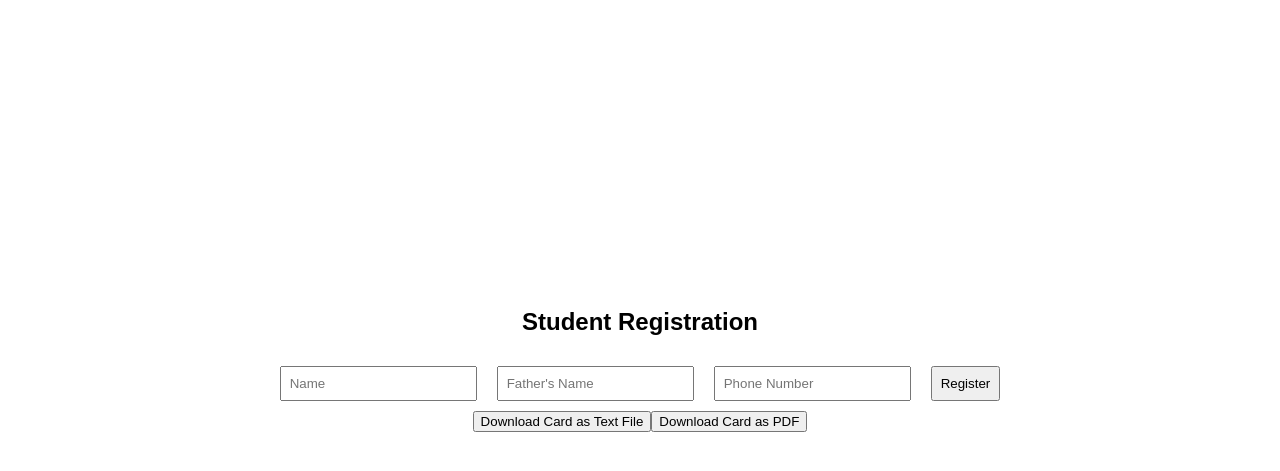
Repository: pripriya09/StudentID-Card-Download
Page: / (app in frontend/)
The author's editor kept a copy of each file at every save. The page is drawn from the files as they stood at one save, then again after a run of saves.
The browser window is 1280 px wide. The pictures show the whole page.
The project was rebuilt for these pictures with package versions that can differ from the ones it lists, and the page was loaded fresh each time. Also part of the build but not shown: frontend/vite.config.js.

Above is the page before, as saved 2025-01-07 11:44:48.

### frontend/src/main.jsx
import React from 'react'
import ReactDOM from 'react-dom/client'
// import App from './App'
// import './index.css'
import Form from './Form.jsx'
// import IDCardForm from './copy form/IDCardForm.jsx'

ReactDOM.createRoot(document.getElementById('root')).render(
  <React.StrictMode>
    {/* <App /> */}
    <Form/>
    {/* <IDCardForm/> */}
  </React.StrictMode>,
)

### frontend/src/Form.jsx
import React, { useState } from "react";
import axios from "axios";
import "./App.css";
import jsPDF from "jspdf";

const Form = () => {
  const [formData, setFormData] = useState({
    name: "",
    fatherName: "",
    phoneNumber: "",
  });
  const [studentData, setStudentData] = useState(null);

  const handleSubmit = async (e) => {
    e.preventDefault();

    try {
      const response = await axios.post(
        "http://localhost:6009/api/students",
        formData
      );
      const result = response.data;

      setStudentData({
        ...formData,
        registrationNumber: result.registrationNumber,
      });

      setFormData({
        name: "",
        fatherName: "",
        phoneNumber: "",
      });
    } catch (error) {
      console.error("Error sending data:", error);
    }
  };

  const handleChange = (e) => {
    setFormData({ ...formData, [e.target.name]: e.target.value });
  };

  const handleDownloadText = () => {
    if (studentData) {
      const fileData = `
        Name: ${studentData.name}
        Father's Name: ${studentData.fatherName}
        Phone Number: ${studentData.phoneNumber}
        Registration Number: ${studentData.registrationNumber}`;
      const blob = new Blob([fileData], { type: "text/plain" });

      const link = document.createElement("a");
      link.href = URL.createObjectURL(blob);
      link.download = `${studentData.registrationNumber}_ID_Card.txt`;
      link.click();
    }
  };

  const handleDownloadPDF = () => {
    if (studentData) {
      const pdf = new jsPDF();
      const studentInfo = `
        Student ID Card
        Name: ${studentData.name}
        Father's Name: ${studentData.fatherName}
        Phone: ${studentData.phoneNumber}
        Registration Number: ${studentData.registrationNumber}`;

      pdf.text(studentInfo, 10, 10);
      pdf.save(`${studentData.registrationNumber}_ID_Card.pdf`);
    }
  };

  return (
    <div className="App">
      <h2>Student Registration</h2>

      <form onSubmit={handleSubmit}>
        <input
          type="text"
          name="name"
          placeholder="Name"
          value={formData.name}
          onChange={handleChange}
          required
        />
        <input
          type="text"
          name="fatherName"
          placeholder="Father's Name"
          value={formData.fatherName}
          onChange={handleChange}
          required
        />
        <input
          type="tel"
          name="phoneNumber"
          placeholder="Phone Number"
          value={formData.phoneNumber}
          onChange={handleChange}
          required
        />
        <button type="submit">Register</button>
      </form>

      {studentData && (
        <div className="student_id">
          <div className="top_section">
            <div className="profile_photo">
              <img
                src="https://upload.wikimedia.org/wikipedia/commons/thumb/a/af/Arnold_Schwarzenegger_by_Gage_Skidmore_4.jpg/220px-Arnold_Schwarzenegger_by_Gage_Skidmore_4.jpg"
                alt="Profile Photo"
              />
            </div>
            <div className="student_name">
              <ul className="student_info">
                <li className="name">Name: {studentData.name}</li>
                <li className="name">
                  Father's Name: {studentData.fatherName}
                </li>
              </ul>
            </div>
          </div>

          <div className="bottom_section">
            <div className="student_details">
              <ul>
                <li>
                  <span className="bold">ID:</span>{" "}
                  {studentData.registrationNumber}
                </li>
              </ul>
            </div>
          </div>
        </div>
      )}
      <div className="buttons">
        <button onClick={handleDownloadText}>Download Card as Text File</button>
        <button onClick={handleDownloadPDF}>Download Card as PDF</button>
      </div>
    </div>
  );
};

export default Form;

### frontend/src/App.css
.App {
  text-align: center;
  font-family: Arial, sans-serif;
}

form input, form button {
  margin: 10px;
  padding: 8px;
}

body {
  font-family: Verdana, sans-serif;
  display: flex;
  justify-content: center;
  align-items: center;
  height: 100vh;
  margin: 0;
}


.student_id {
  width: 520px;
  background-color: #fff;
  border-radius: 25px;
  overflow: hidden;
  box-shadow: 1px 0px 0px #a9a39e, 0px 1px 0px #a9a39e,
              2px 1px 0px #a9a39e, 1px 2px 0px #a9a39e,
              3px 2px 0px #958b83, 2px 3px 0px #958b83,
              4px 3px 0px #93867c, 3px 4px 0px #93867c,
              5px 4px 0px #93867c, 4px 5px 0px #93867c;
}


.top_section {
  display: flex;
  padding: 30px;
  background: linear-gradient(to right, #e84610, #ffffff);
  color: white;
}

.profile_photo {
  flex-shrink: 0;
}

.profile_photo img {
  width: 125px;
  height: 125px;
  border-radius: 50%;
  border: 2px solid #fff;
  object-fit: cover;
}

.student_name {
  margin-left: 20px;
  display: flex;
  flex-direction: column;
  justify-content: center;
}

.student_info {
  list-style: none;
  padding: 0;
  margin: 0;
}

.student_info .name {
  font-size: 1.5em;
  font-weight: bold;
}
.student_info .age {
  font-size: 1.1em;
  margin-top: 5px;
}
.bottom_section {
  padding: 30px;
}

.student_details {
  margin-top: 10px;
}

.student_details ul {
  list-style: none;
  padding: 0;
  margin: 0;
}

.student_details li {
  margin-bottom: 10px;
  font-size: 1.1em;
  color: #555;
}

span {
  font-weight: bold;
}

Loaded but not shown: frontend/index.html (common file)

After the next 3 saves:
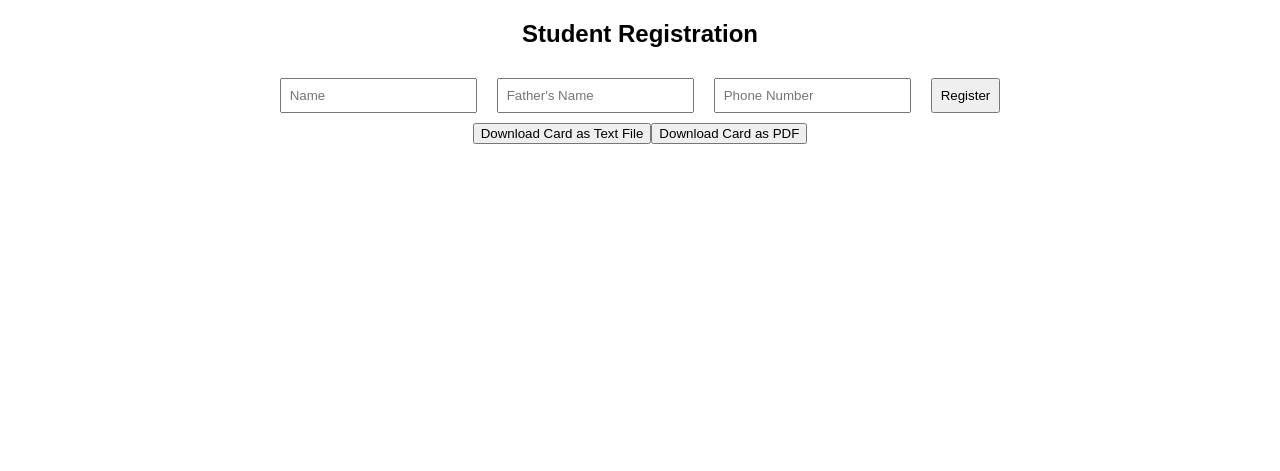
The 3 saves are shown as one change because they came seconds apart.
The last was saved 40 s later.
--- a/frontend/src/App.css
+++ b/frontend/src/App.css
@@ -8,89 +8,9 @@ form input, form button {
   padding: 8px;
 }
 
-body {
-  font-family: Verdana, sans-serif;
-  display: flex;
-  justify-content: center;
-  align-items: center;
-  height: 100vh;
-  margin: 0;
+.id-card {
+  border: 1px solid #ccc;
+  padding: 15px;
+  width: 300px;
+  margin: 2   0px auto;
 }
-
-
-.student_id {
-  width: 520px;
-  background-color: #fff;
-  border-radius: 25px;
-  overflow: hidden;
-  box-shadow: 1px 0px 0px #a9a39e, 0px 1px 0px #a9a39e,
-              2px 1px 0px #a9a39e, 1px 2px 0px #a9a39e,
-              3px 2px 0px #958b83, 2px 3px 0px #958b83,
-              4px 3px 0px #93867c, 3px 4px 0px #93867c,
-              5px 4px 0px #93867c, 4px 5px 0px #93867c;
-}
-
-
-.top_section {
-  display: flex;
-  padding: 30px;
-  background: linear-gradient(to right, #e84610, #ffffff);
-  color: white;
-}
-
-.profile_photo {
-  flex-shrink: 0;
-}
-
-.profile_photo img {
-  width: 125px;
-  height: 125px;
-  border-radius: 50%;
-  border: 2px solid #fff;
-  object-fit: cover;
-}
-
-.student_name {
-  margin-left: 20px;
-  display: flex;
-  flex-direction: column;
-  justify-content: center;
-}
-
-.student_info {
-  list-style: none;
-  padding: 0;
-  margin: 0;
-}
-
-.student_info .name {
-  font-size: 1.5em;
-  font-weight: bold;
-}
-.student_info .age {
-  font-size: 1.1em;
-  margin-top: 5px;
-}
-.bottom_section {
-  padding: 30px;
-}
-
-.student_details {
-  margin-top: 10px;
-}
-
-.student_details ul {
-  list-style: none;
-  padding: 0;
-  margin: 0;
-}
-
-.student_details li {
-  margin-bottom: 10px;
-  font-size: 1.1em;
-  color: #555;
-}
-
-span {
-  font-weight: bold;
-}
